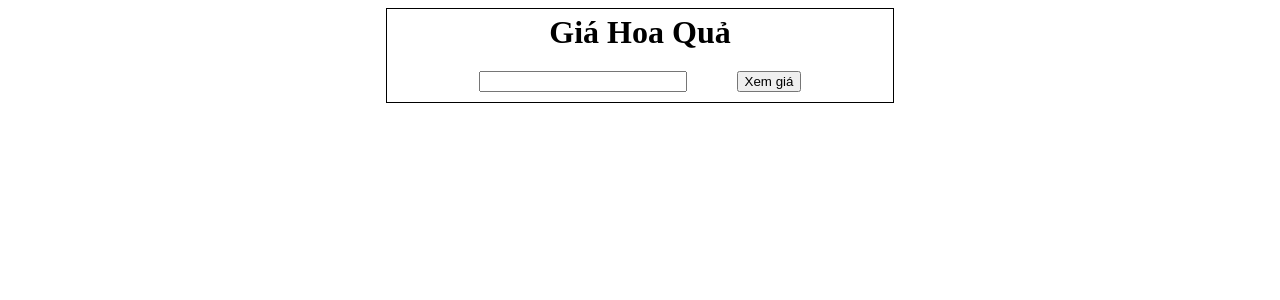
Repository: tungts3qb/BTCodeGym
Page: giahoaqua.html
These files come from the project's save history. The page is drawn as it stood at one moment and after the next save; the edit follows.
The browser window is 1280 px wide. The pictures show the whole page.

Above is the page before, as saved 2023-01-04 11:05:51.

### giahoaqua.html
<!DOCTYPE html>
<html lang="en">
  <head>
    <meta charset="UTF-8" />
    <meta http-equiv="X-UA-Compatible" content="IE=edge" />
    <meta name="viewport" content="width=device-width, initial-scale=1.0" />
    <title>Document</title>
  </head>
  <body>
    <style>
      .check-fruit-form {
        border: solid 1px black;
        max-width: 40%;
        margin: 0 auto;
        display: flex;
        flex-direction: column;
        justify-content: center;
        align-items: center;
      }

      h1 {
        margin: 0;
        margin-top: 5px;
        margin-bottom: 20px;
      }
      .input-box {
        margin-bottom: 10px;
      }
      #price {
        width: 200px;
      }
      .input-box {
        display: flex;
        flex-direction: row;
        justify-content: space-between;
        gap: 50px;
      }
    </style>
    <div class="check-fruit-form">
      <h1>Giá Hoa Quả</h1>
      <div class="input-box">
        <input type="text" name="" id="price" />
        <button class="check-price">Xem giá</button>
      </div>
    </div>
  </body>
</html>

After the next save:
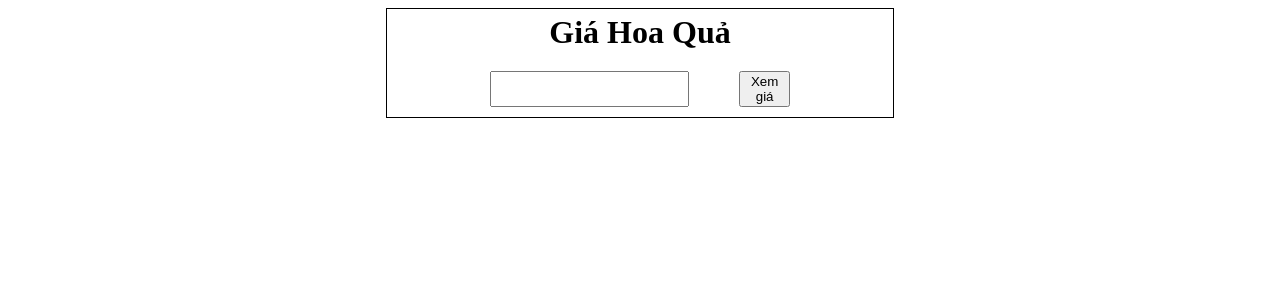
Saved 6 s later.
--- a/giahoaqua.html
+++ b/giahoaqua.html
@@ -27,7 +27,7 @@
         margin-bottom: 10px;
       }
       #price {
-        width: 200px;
+        width: 90%;
       }
       .input-box {
         display: flex;

After the save that followed:
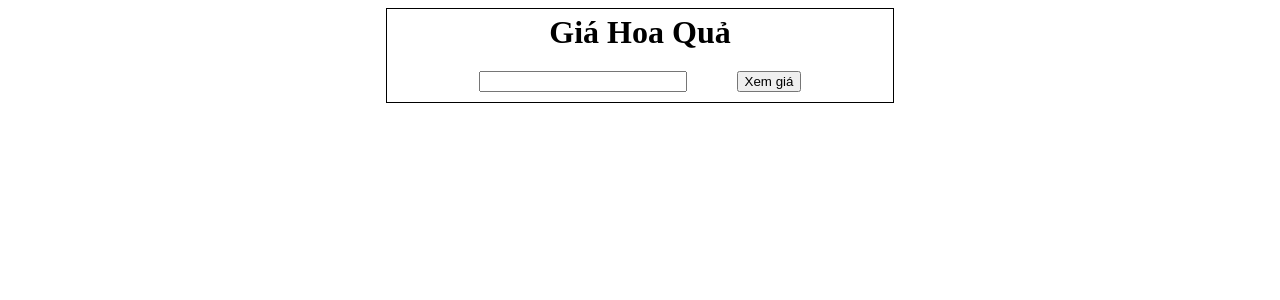
Saved 9 s later.
--- a/giahoaqua.html
+++ b/giahoaqua.html
@@ -27,7 +27,7 @@
         margin-bottom: 10px;
       }
       #price {
-        width: 90%;
+        width: 200px;
       }
       .input-box {
         display: flex;
